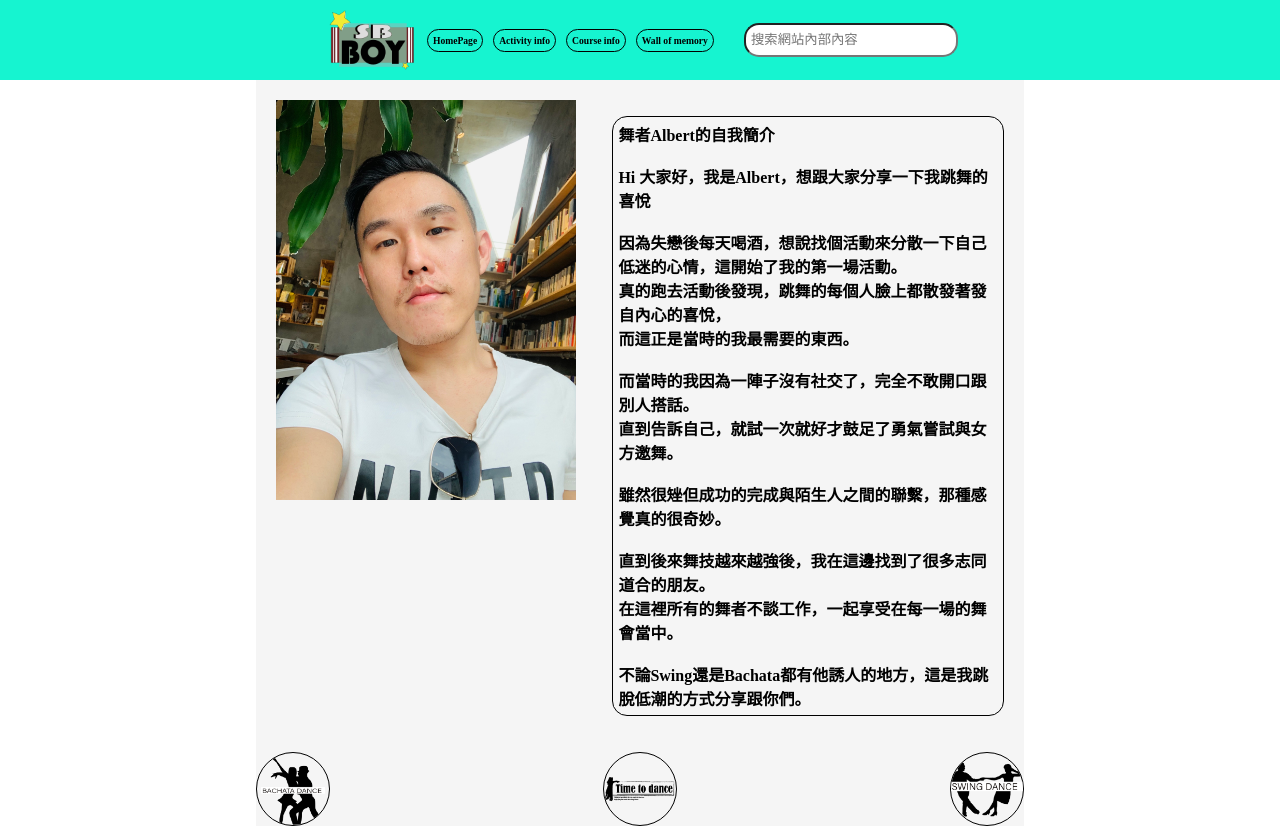
Repository: AlbertKoii/0718_Learning_Javascript
Page: aboutme/aboutme_try.html
The author's editor kept a copy of each file at every save. The page is drawn from the files as they stood at one save, then again after the next save.
The browser window is 1280 px wide. The pictures show the whole page.

Above is the page before, as saved 2023-07-26 13:34:07.
Not found: aboutme/script.js

After the next save:
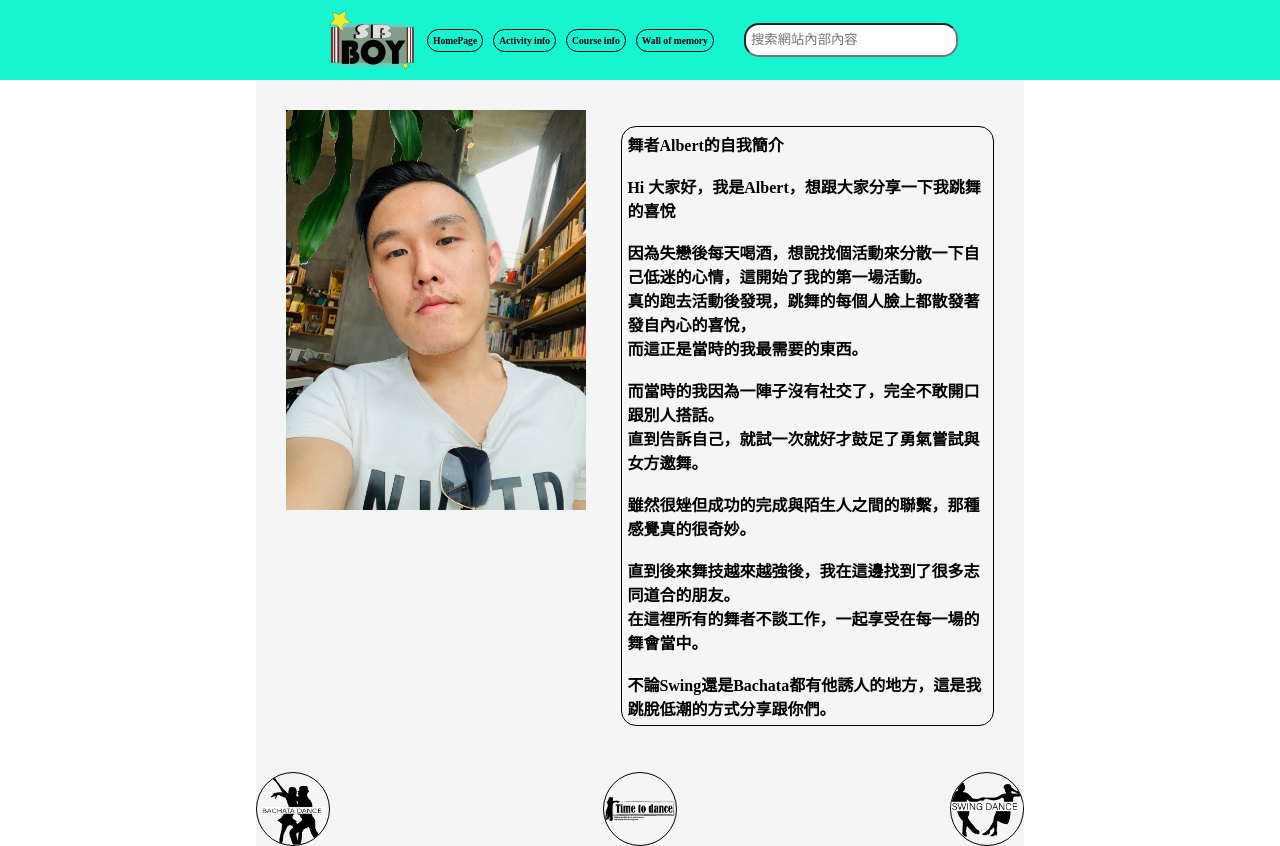
Saved 4 s later.
--- a/aboutme/aboutme.try.css
+++ b/aboutme/aboutme.try.css
@@ -74,7 +74,7 @@ html, body{
 .content{
     margin-left:20%;
     margin-right: 20%;
-    padding: 20;
+    padding: 30px;
 }
 .right p{
     border: 1px solid black;
